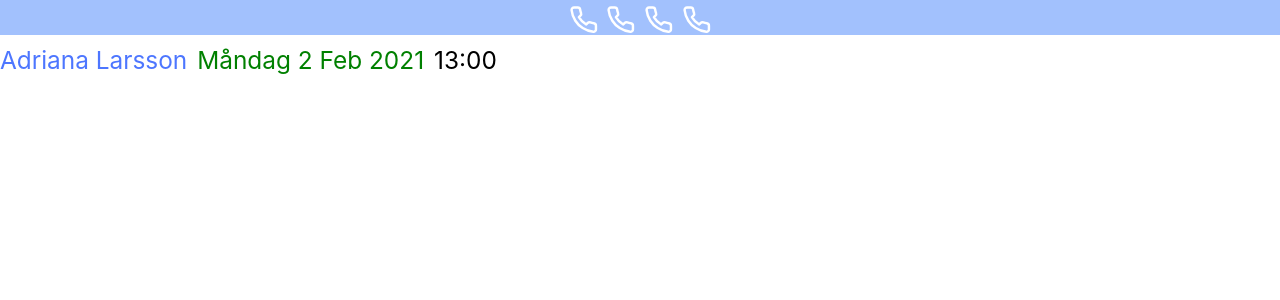
Repository: AdrianaLarsson/learning-react-adriana
Page: /
An editor plug-in stored every save of this project. The page is shown before and after the next save, followed by the edit.
The browser window is 1280 px wide. The pictures show the whole page.
The project was rebuilt for these pictures with package versions that can differ from the ones it lists, and the page was loaded fresh each time. Also part of the build but not shown: src/components/pixiLearn/pixi-learning.js, src/components/pixiLearn/reactTimline/timelinegant.js.

Above is the page before, as saved 2021-02-17 13:40:12.

### src/App.js
import './App.css';
import PixiLearning from './components/pixiLearn/pixi-learning'
import TimeLineGant from './components/pixiLearn/reactTimline/timelinegant'
import SjWaypoint from './components/pixiLearn/waypoint-mobile/sjwaypiont'

function App() {
  return (
    <div className="App">
      <header className="App-header">
       {/*  <TimeLineGant/> */}

           {/*   <PixiLearning/> */}
           <SjWaypoint/>
      </header>
    </div>
  );
}

export default App;

### src/App.css


.navbar {
  background-color: #a2c1fd;
  height: 30px;
  padding-top: 5px;
  display: flex;
  flex-direction: column;
  align-items: center;
  font-size: calc(15px + 2vmin);
  color: white;
}
.box{
  background-color: #ffffff;
  height: 30px;
  padding-top: 5px;
  display: flex;
  flex-direction: column;
  align-items: center;
  font-size: calc(10px + 2vmin);
  color: rgb(0, 0, 0);
  display: inline;
  flex-direction: row;
}
.name{
  text-align: start;
  display: inline-flex;
  color: rgb(77, 118, 255);
}
.date{
  margin: 10px;
  text-align: center;
  display: inline-flex;
  color: green;
}
.time{
  text-align: right;
  display: inline-flex;
  color: black;
}

/* .App {
  text-align: center;
}

.App-logo {
  height: 40vmin;
  pointer-events: none;
}

@media (prefers-reduced-motion: no-preference) {
  .App-logo {
    animation: App-logo-spin infinite 20s linear;
  }
}

.App-header {
  background-color: #282c34;
  min-height: 100vh;
  display: flex;
  flex-direction: column;
  align-items: center;
  justify-content: center;
  font-size: calc(10px + 2vmin);
  color: white;
}

.App-link {
  color: #61dafb;
}

@keyframes App-logo-spin {
  from {
    transform: rotate(0deg);
  }
  to {
    transform: rotate(360deg);
  }
}
 */

### src/components/pixiLearn/waypoint-mobile/sjwaypiont.js
import React from 'react'
import Navbaren from './navbaren'
import BoxNameDayTime from './box-name-day-time'

function sjwaypiont() {
    return (
        <div>
          <Navbaren/>
            <BoxNameDayTime/>
        </div>
    )
}

export default sjwaypiont

### src/components/pixiLearn/waypoint-mobile/navbaren.js
import React from 'react'
import { FiPhone } from "react-icons/fi";


function navbaren() {
    return (
      <div className="navbar">
          <div className="navbar-container container">
           <FiPhone /> <FiPhone /> <FiPhone /> <FiPhone />
          </div>

      </div>
    )
}

export default navbaren

### src/components/pixiLearn/waypoint-mobile/box-name-day-time.js
import React from 'react'
import Container from "react-bootstrap/Container";
import Row from "react-bootstrap/Row";
import Col from "react-bootstrap/Col"

function boxNameDayTime() {
    return (
<Container className="box">
  <Row>
    <Col className="name">Adriana Larsson </Col>
    <Col className="date"> Måndag 2 Feb 2021</Col>
    <Col className="time"> 13:00 </Col>
  </Row>
</Container>

    )
}

export default boxNameDayTime;

Loaded but not shown: public/index.html (common file); src/index.js (common file); src/index.css (common file); src/reportWebVitals.js (common file)

After the next save:
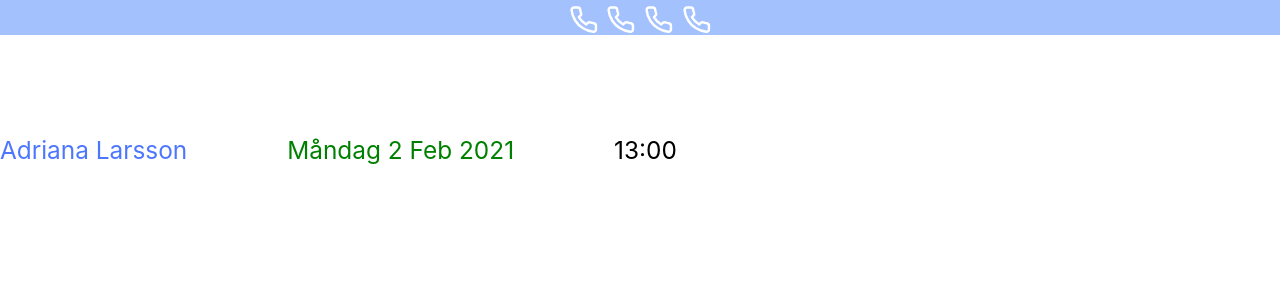
Saved 6 s later.
--- a/src/App.css
+++ b/src/App.css
@@ -28,7 +28,7 @@
   color: rgb(77, 118, 255);
 }
 .date{
-  margin: 10px;
+  margin: 100px;
   text-align: center;
   display: inline-flex;
   color: green;
